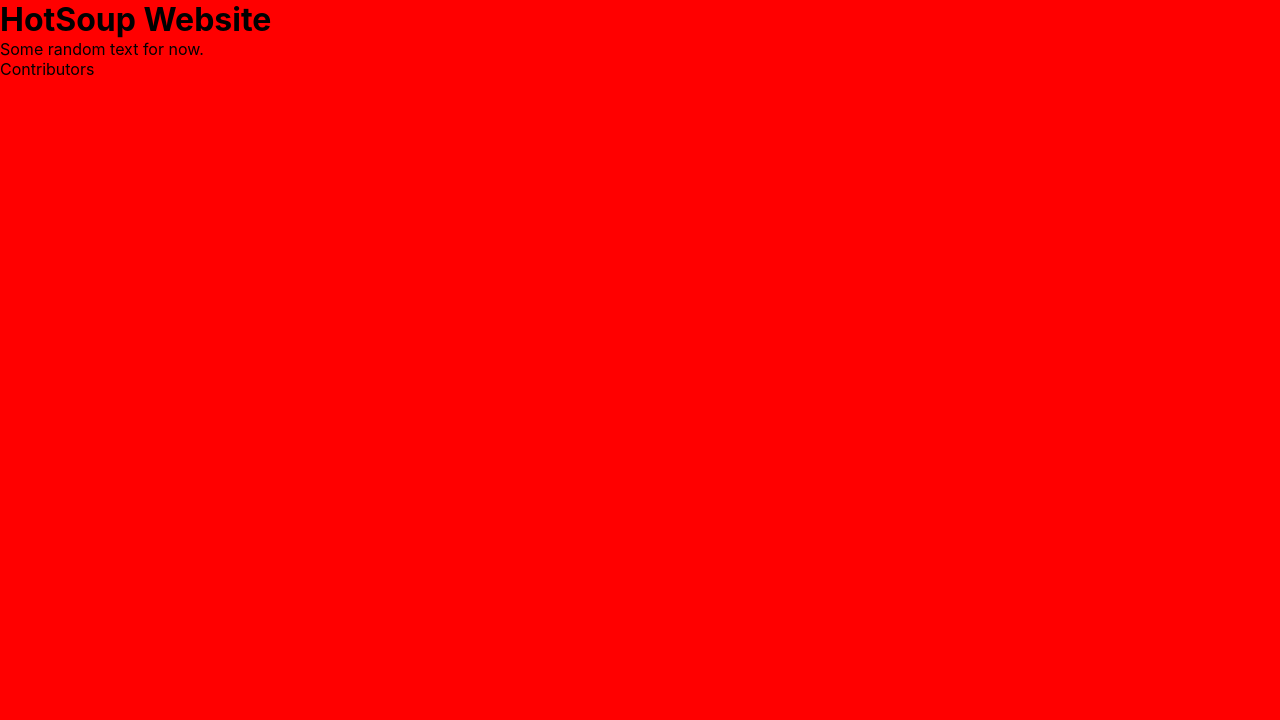
Repository: jasminepvo/WebApp-FrontEnd
Page: / (app in web-app/)
An editor plug-in stored every save of this project. The page is shown before and after the next save, followed by the edit.
The browser window is 1280 px wide. The pictures show the whole page.
The project was rebuilt for these pictures with package versions that can differ from the ones it lists, and the page was loaded fresh each time. Also part of the build but not shown: web-app/src/App.css.

Above is the page before, as saved 2022-08-23 11:03:02.

After the next save:
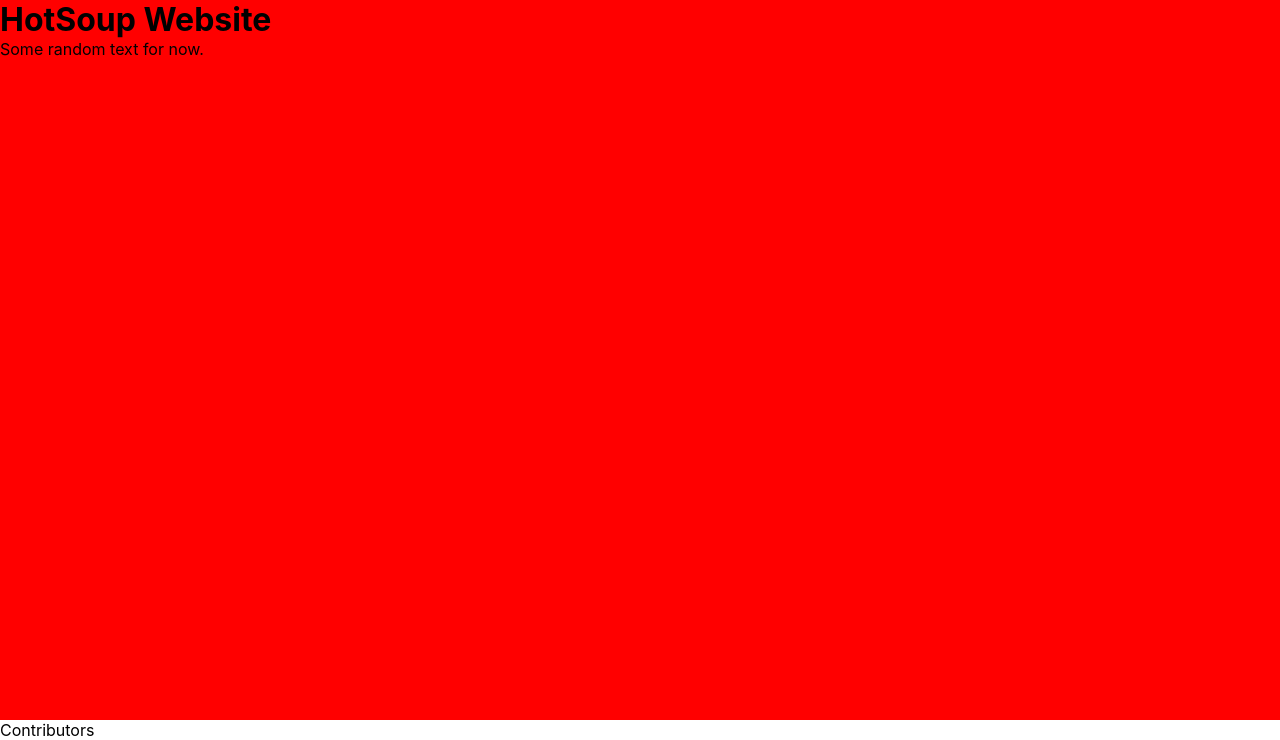
Saved 8 s later.
--- a/web-app/src/Styles/About.css
+++ b/web-app/src/Styles/About.css
@@ -3,7 +3,7 @@
     margin: 0;
     padding: 0;
 }
-body{
+.body{
     height: 100vh;
     background-color: red;
 }
